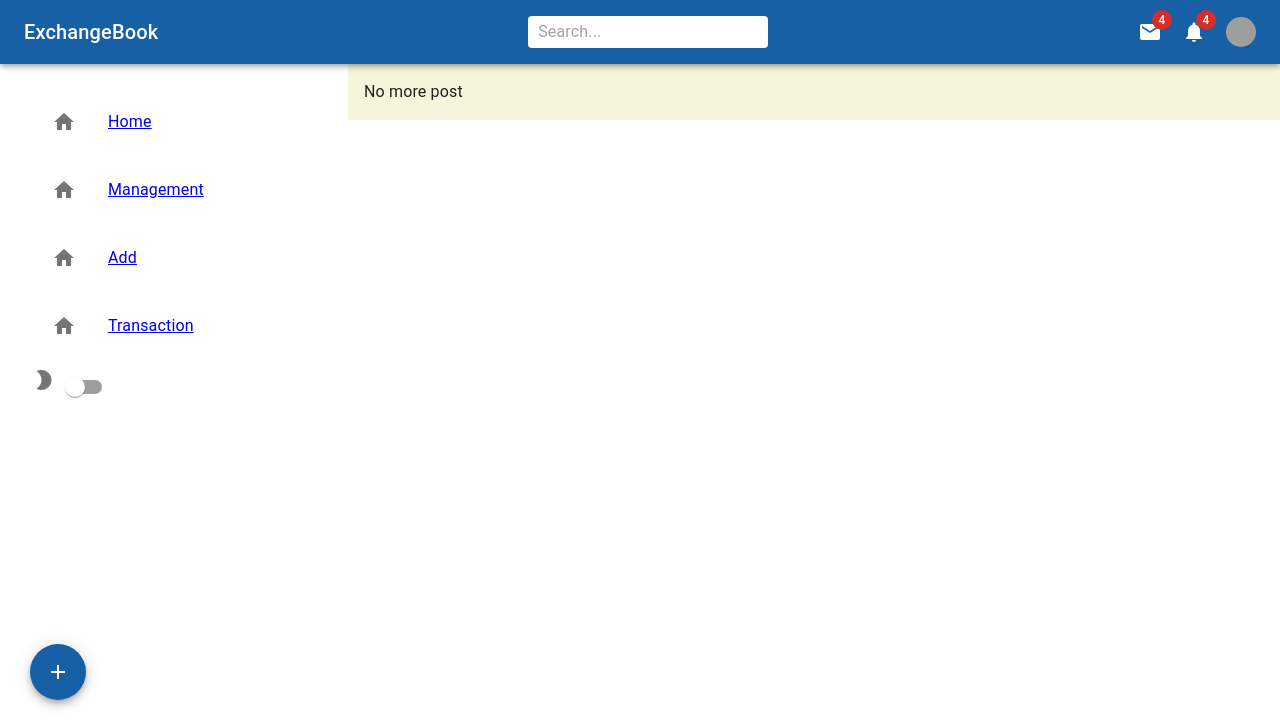
Repository: TrangPhuongLam07/exchangebookfrontend
Page: /
The author's editor kept a copy of each file at every save. The page is drawn from the files as they stood at one save, then again after the next save.
The browser window is 1280 px wide. The pictures show the whole page.
Pictures or frames that could not be fetched are drawn as grey boxes. The page's requests for data from a server got no answer. The project was rebuilt for these pictures with package versions that can differ from the ones it lists, and the page was loaded fresh each time. Some packages were replaced by stand-ins written for this rebuild. No one was signed in, and anything a server would have sent is missing. Also part of the build but not shown: craco.config.js, src/components/post/index.js. Imported but missing from the stored project, and not drawn on this page: src/pages/management/add-post, src/pages/management/update-post.

Above is the page before, as saved 2023-07-30 23:09:47.

### src/index.js
import ReactDOM from "react-dom/client";
import React from "react";
import config from "./config";
import App from "./App";
import { ThemeProvider } from "@mui/material";
import "./index.css";
const root = ReactDOM.createRoot(document.getElementById("root"));

root.render(
  <React.StrictMode>
    <ThemeProvider theme={config.theme}>
      <App />
    </ThemeProvider>
  </React.StrictMode>
);

### src/config/index.js
import routes from "./routes";
import theme from "./theme";
const config = {
  routes,
  theme,
};

export default config;

### src/App.js
import { ReactQueryDevtools } from "@tanstack/react-query-devtools";
import { QueryClient, QueryClientProvider } from "@tanstack/react-query";
import { privateRoutes, publicRoutes } from "~/routes";
import { Fragment, Suspense } from "react";
import { CssBaseline } from "@mui/material";
import { BrowserRouter as Router, Routes, Route } from "react-router-dom";
import { Toaster } from "react-hot-toast";
const queryClient = new QueryClient({
  defaultOptions: {
    queries: {
      refetchOnWindowFocus: false,
      refetchOnMount: false,
      refetchOnReconnect: false,
      retry: 1,
      staleTime: 5 * 1000,
    },
  },
});

function App() {
  return (
    <QueryClientProvider client={queryClient}>
      <CssBaseline />
      <Toaster
        toastOptions={{
          duration: 1500,
        }}
      />
      <Router>
        <Suspense fallback={<div>Loading...</div>}>
          <Routes>
            {publicRoutes.map((route, index) => {
              const Page = route.component;
              const Layout = route.layout || Fragment;
              return (
                <Route
                  key={index}
                  path={route.path}
                  element={
                    <Layout>
                      <Page />
                    </Layout>
                  }
                />
              );
            })}
            {privateRoutes.map((route, index) => {
              const Page = route.component;
              const Layout = route.layout || Fragment;
              const Role = route?.role;
              return (
                <Route
                  key={index}
                  path={route.path}
                  element={
                    <Layout>
                      <Page />
                    </Layout>
                  }
                />
              );
            })}
          </Routes>
        </Suspense>
      </Router>
      <ReactQueryDevtools initialIsOpen={false} />
    </QueryClientProvider>
  );
}

export default App;

### src/index.css
body {
  margin: 0;
  font-family: -apple-system, BlinkMacSystemFont, "Segoe UI", "Roboto", "Oxygen",
    "Ubuntu", "Cantarell", "Fira Sans", "Droid Sans", "Helvetica Neue",
    sans-serif;
  -webkit-font-smoothing: antialiased;
  -moz-osx-font-smoothing: grayscale;
}

code {
  font-family: source-code-pro, Menlo, Monaco, Consolas, "Courier New",
    monospace;
}
img {
  max-width: 100%;
  object-fit: cover;
}

### src/config/routes.js
const routes = {
  home: "/",
  management: {
    management: "/management",
    add: "/management/add",
    update: "/management/update/:id",
    transaction: "/management/transaction",
    profile: "/management/profile",
  },
};
export default routes;

### src/config/theme.js
import { createTheme } from "@mui/material";
const theme = createTheme({
  palette: {
    primary: {
      main: "#1760A5",
      light: "skyblue",
    },
    secondary: {
      main: "#15C630",
    },
  },
});
export default theme;

### src/routes/index.js
import config from "~/config";
import { lazy } from "react";

const HomePage = lazy(() => import("~/pages/home"));
const AddPostPage = lazy(() => import("~/pages/management/add-post"));
const UpdatePostPage = lazy(() => import("~/pages/management/update-post"));
const ManagementPage = lazy(() => import("~/pages/management"));
const TransactionPage = lazy(() => import("~/pages/management/transaction"));
const ProfilePage = lazy(() => import("~/pages/management/profile"));
const DefaultLayout = lazy(() => import("~/layouts/default"));
const ManagementLayout = lazy(() => import("~/layouts/management"));

const publicRoutes = [
  {
    path: config.routes.home,
    component: HomePage,
    layout: DefaultLayout,
  },
];
const privateRoutes = [
  {
    path: config.routes.management.management,
    component: ManagementPage,
    layout: ManagementLayout,
  },
  {
    path: config.routes.management.add,
    component: AddPostPage,
    layout: ManagementLayout,
  },
  {
    path: config.routes.management.update,
    component: UpdatePostPage,
    layout: ManagementLayout,
  },
  {
    path: config.routes.management.transaction,
    component: TransactionPage,
    layout: ManagementLayout,
  },
  {
    path: config.routes.management.profile,
    component: ProfilePage,
    layout: ManagementLayout,
  },
];

export { publicRoutes, privateRoutes };

### src/pages/home/index.js
import { useInfiniteQuery } from "@tanstack/react-query";
import { useCallback, useMemo, useRef } from "react";
import Feed from "~/components/feed";
import Post from "~/components/post";
import { postService } from "~/services";

const HomePage = () => {
  const { data, isFetchingNextPage, error, fetchNextPage, hasNextPage } =
    useInfiniteQuery({
      queryKey: ["posts"],
      queryFn: postService.getAll,
      getNextPageParam: (lastPage, allPages) => {
        return allPages.length < 3 && allPages.length + 1;
      },
      getPreviousPageParam: (firstPage, allPages) => firstPage.prevCursor,
    });
  const intObserver = useRef();
  const lastPostRef = useCallback(
    (post) => {
      if (isFetchingNextPage) return;
      intObserver.current && intObserver.current.disconnect();
      intObserver.current = new IntersectionObserver((post) => {
        if (post[0].isIntersecting && hasNextPage) fetchNextPage();
      });
      post && intObserver.current.observe(post);
    },
    [isFetchingNextPage, fetchNextPage, hasNextPage]
  );
  if (error) return <>Error: {error.message}</>;
  return (
    <Feed>
      {data?.pages.map((page, i) => {
        return page.map((post) => {
          if (data?.pages.length - 1 === i) {
            return <Post ref={lastPostRef} post={post} />;
          }
          return <Post post={post} />;
        });
      })}
      {!hasNextPage && "No more post"}
    </Feed>
  );
};

export default HomePage;

### src/layouts/default/index.js
import { Box, Stack } from "@mui/material";
import AddPostBtn from "~/components/buttons/add-btn";
import Header from "~/components/header";
import Sidebar from "~/components/sidebar";

const DefaultLayout = ({ children }) => {
  return (
    <Box>
      <Header />
      <Stack direction="row" spacing={2} justifyContent="space-between">
        <Sidebar />
        {children}
        {/* <Feed /> */}
      </Stack>
      <AddPostBtn />
    </Box>
  );
};

export default DefaultLayout;

### src/components/feed/index.js
import { Box } from "@mui/material";

const Feed = ({ children }) => {
  return (
    <Box bgcolor="beige" flex={3} p={2}>
      {children}
    </Box>
  );
};

export default Feed;

### src/services/index.js
export * as categoryService from "./categoryService";
export * as postService from "./postService";
export * as userService from "./userService";

### src/components/buttons/add-btn/index.js
import {
  Avatar,
  Box,
  Button,
  ButtonGroup,
  Fab,
  Modal,
  TextField,
  Tooltip,
  Typography,
  styled,
} from "@mui/material";
import { Add as AddIcon } from "@mui/icons-material";
import { useState } from "react";
const AddPostBtn = () => {
  const [open, setOpen] = useState(false);
  const handleClose = () => setOpen(false);

  const StyledModal = styled(Modal)({
    display: "flex",
    alignItems: "center",
    justifyContent: "center",
  });
  const UserBox = styled(Box)({
    display: "flex",
    alignItems: "center",
    gap: "10px",
    marginBottom: "20px",
  });
  return (
    <Box>
      <Tooltip
        onClick={() => setOpen(true)}
        title="Add post"
        sx={{
          position: "fixed",
          bottom: 20,
          left: { xs: "calc(50% - 25px)", md: 30 },
        }}
      >
        <Fab color="primary" aria-label="Add">
          <AddIcon />
        </Fab>
      </Tooltip>
      <StyledModal open={open} onClose={handleClose}>
        <Box width={500} height={350} p={3} borderRadius={4} bgcolor="white">
          <Typography variant="h6" color="gray" textAlign="center">
            Create post
          </Typography>
          <UserBox>
            <Avatar
              src="https://source.unsplash.com/random"
              sx={{ width: 30, height: 30 }}
            />
            <Typography fontWeight={500} variant="span">
              Kienthuc
            </Typography>
          </UserBox>
          <TextField
            multiline
            rows={4}
            placeholder="What's in your mind"
            variant="standard"
            sx={{
              width: "100%",
            }}
          />
          <ButtonGroup fullWidth variant="contained" sx={{ marginTop: 3 }}>
            <Button>Post</Button>
          </ButtonGroup>
        </Box>
      </StyledModal>
    </Box>
  );
};

export default AddPostBtn;

### src/components/header/index.js
import { Pets, Mail, Notifications } from "@mui/icons-material";
import {
  AppBar,
  Typography,
  Box,
  Toolbar,
  InputBase,
  Badge,
  styled,
  Avatar,
  Menu,
  MenuItem,
} from "@mui/material";
import { useState } from "react";
import { useNavigate } from "react-router-dom";

const Header = () => {
  const [open, setOpen] = useState(false);
  const navigate = useNavigate();
  const handleToggle = () => {
    setOpen(!open);
  };

  const StyledToobar = styled(Toolbar)({
    display: "flex",
    justifyContent: "space-between",
  });
  const Search = styled("div")(({ theme }) => ({
    background: "white",
    padding: "0 10px",
    borderRadius: theme.shape.borderRadius,
  }));
  const Icons = styled(Box)(({ theme }) => ({
    display: "none",
    alignItems: "center",
    gap: "20px",
    [theme.breakpoints.up("sm")]: {
      display: "flex",
    },
  }));
  const UserBox = styled(Box)(({ theme }) => ({
    display: "flex",
    alignItems: "center",
    gap: "10px",
    [theme.breakpoints.up("sm")]: {
      display: "none",
    },
  }));
  return (
    <AppBar position="sticky">
      <StyledToobar>
        <Typography
          variant="h6"
          sx={{
            display: { xs: "none", sm: "block" },
          }}
        >
          ExchangeBook
        </Typography>
        <Pets
          sx={{
            display: { xs: "block", sm: "none" },
          }}
        />
        <Search>
          <InputBase placeholder="Search..." />
        </Search>
        <Icons>
          <Badge badgeContent={4} color="error">
            <Mail />
          </Badge>
          <Badge badgeContent={4} color="error">
            <Notifications />
          </Badge>
          <Avatar
            sx={{ width: 30, height: 30 }}
            src="https://source.unsplash.com/random"
            onClick={handleToggle}
          />
        </Icons>
        <UserBox onClick={handleToggle}>
          <Avatar
            sx={{ width: 30, height: 30 }}
            src="https://source.unsplash.com/random"
          />
        </UserBox>
        <Menu
          id="menu"
          aria-aria-labelledby="demo"
          open={open}
          onClose={() => setOpen(false)}
          anchorOrigin={{
            vertical: "top",
            horizontal: "right",
          }}
          transformOrigin={{
            vertical: "top",
            horizontal: "right",
          }}
        >
          <MenuItem
            onClick={() => navigate("/management/profile", { replace: true })}
          >
            Profile
          </MenuItem>
          <MenuItem>My account</MenuItem>
          <MenuItem>Logout</MenuItem>
        </Menu>
      </StyledToobar>
    </AppBar>
  );
};

export default Header;

### src/components/sidebar/index.js
import { Home, ModeNight } from "@mui/icons-material";
import {
  Box,
  List,
  ListItem,
  ListItemIcon,
  ListItemText,
  Switch,
  styled,
} from "@mui/material";
import { Link } from "react-router-dom";
const Sidebar = () => {
  const StyledLink = styled(Link)({
    display: "flex",
    alignItems: "center",
    width: "100%",
    padding: "10px 20px",
    rowGap: 5,
  });

  return (
    <Box
      flex={1}
      position="relative"
      p={2}
      sx={{
        display: { xs: "none", sm: "block" },
      }}
    >
      <Box position="fixed" width={1 / 8}>
        <List>
          <ListItem>
            <StyledLink to="/">
              <ListItemIcon>
                <Home />
              </ListItemIcon>
              <ListItemText primary="Home" />
            </StyledLink>
          </ListItem>
          <ListItem>
            <StyledLink to="/management">
              <ListItemIcon>
                <Home />
              </ListItemIcon>
              <ListItemText primary="Management" />
            </StyledLink>
          </ListItem>
          <ListItem>
            <StyledLink to="/management/add">
              <ListItemIcon>
                <Home />
              </ListItemIcon>
              <ListItemText primary="Add" />
            </StyledLink>
          </ListItem>
          <ListItem>
            <StyledLink to="/management/transaction">
              <ListItemIcon>
                <Home />
              </ListItemIcon>
              <ListItemText primary="Transaction" />
            </StyledLink>
          </ListItem>
          <ListItem>
            <ListItemIcon>
              <ModeNight />
              <Switch />
            </ListItemIcon>
          </ListItem>
        </List>
      </Box>
    </Box>
  );
};

export default Sidebar;

### src/services/categoryService.js
import httpRequest from "~/utils/httpRequest";

export const findById = async (id) => {
  try {
    const res = await httpRequest.get(`/posts/${id}`);
    return res.data;
  } catch (error) {
    console.log(error);
  }
};
export const findAll = async () => {
  try {
    const res = await httpRequest.get("/categories");
    return res.data;
  } catch (error) {
    console.log(error);
  }
};

### src/services/postService.js
import httpRequest from "~/utils/httpRequest";
const REQUEST = "/posts";

export const create = async (data) =>
  httpRequest.post(REQUEST, data, {
    headers: {
      "Content-Type": "multipart/form-data",
    },
  });
export const getOne = async (id) => {
  try {
    const res = await httpRequest.get(REQUEST + `/${id}`);
    return res.data;
  } catch (error) {}
};
export const getAll = async ({ pageParam = 1 }, page = 1) => {
  try {
    const res = await httpRequest.get(
      `${REQUEST}?page=${page}&size=${pageParam}`
    );
    return res.data.postsResponses;
  } catch (error) {
    console.log(error);
  }
};
export const updateOne = async (id, data) => {
  try {
    const res = await httpRequest.put(`${REQUEST}/${id}`, data, {
      headers: {
        "Content-Type": "multipart/form-data",
      },
    });
    return res.data;
  } catch (error) {
    console.log(error);
  }
};
export const deleteOne = async (id) => {
  try {
    const res = await httpRequest.delete(`${REQUEST}/${id}`);
    return res.data;
  } catch (error) {
    console.log(error);
  }
};

### src/services/userService.js
import httpRequest from "~/utils/httpRequest";
const REQUEST = "/posts";

export const update = async (data) =>
  httpRequest.post(REQUEST, data, {
    headers: {
      "Content-Type": "multipart/form-data",
    },
  });

### src/utils/httpRequest.js
import axios from "axios";

const httpRequest = axios.create({
  baseURL: process.env.REACT_APP_BASE_API,
});

export const get = async (path, options = {}) => {
  const response = await httpRequest.get(path, options);
  return response.data;
};
export const post = async (path, data, options = {}) => {
  const response = await httpRequest.post(path, data, options);
  return response.data;
};
export const put = async (path, data, options = {}) => {
  const response = await httpRequest.put(path, data, options);
  return response.data;
};
export const remove = async (path, options = {}) => {
  const response = await httpRequest.delete(path, options);
  return response.data;
};
export default httpRequest;

Loaded but not shown: public/index.html (common file)

After the next save:
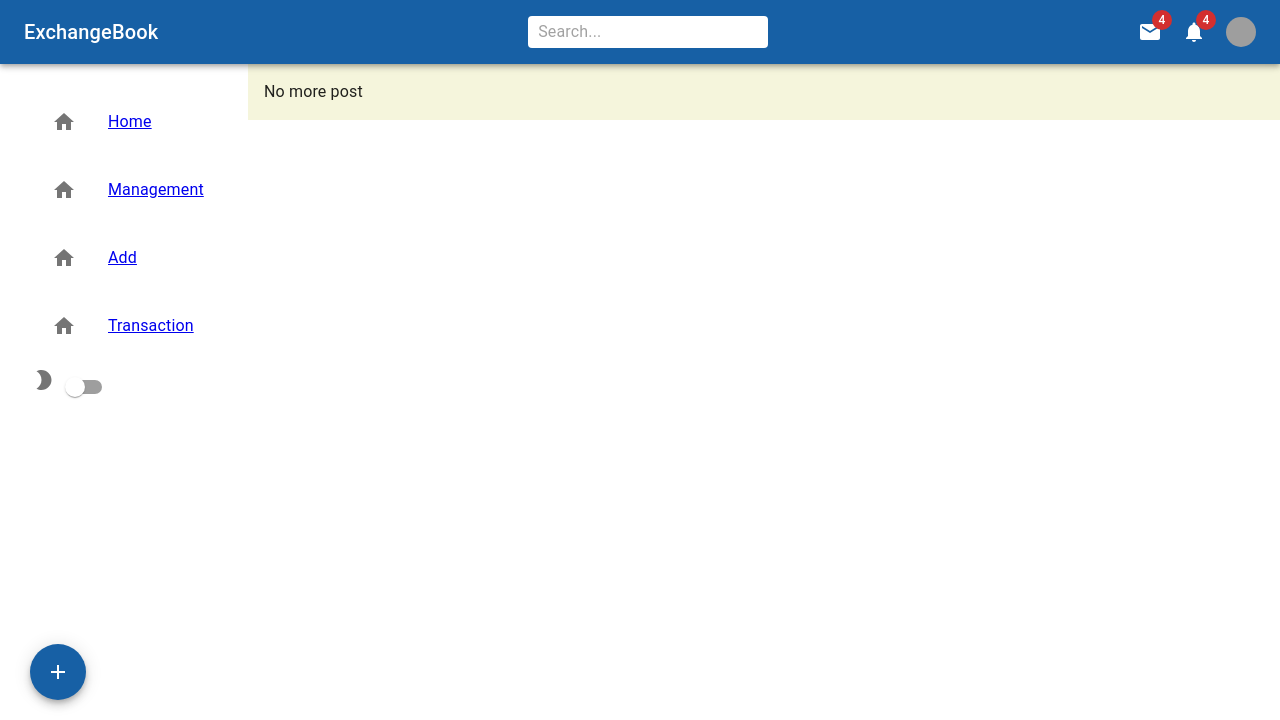
Saved 13 s later.
--- a/src/components/feed/index.js
+++ b/src/components/feed/index.js
@@ -2,7 +2,7 @@ import { Box } from "@mui/material";
 
 const Feed = ({ children }) => {
   return (
-    <Box bgcolor="beige" flex={3} p={2}>
+    <Box bgcolor="beige" flex={5} p={2}>
       {children}
     </Box>
   );
